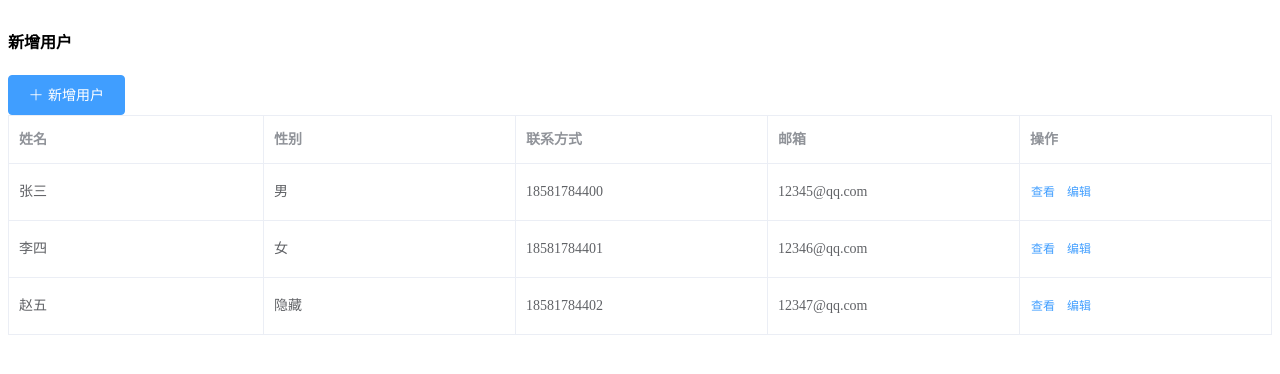
Repository: xinwuhao/New-user
Page: /
The author's editor kept a copy of each file at every save. The page is drawn from the files as they stood at one save, then again after a run of saves.
The browser window is 1280 px wide. The pictures show the whole page.
The project was rebuilt for these pictures with package versions that can differ from the ones it lists, and the page was loaded fresh each time.

Above is the page before, as saved 2021-12-21 15:52:52.

After the next 2 saves:
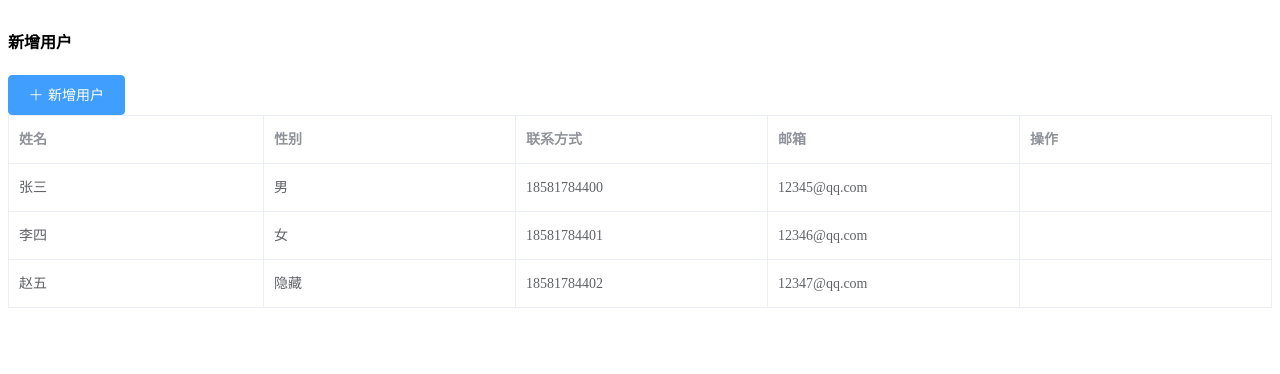
The 2 saves are shown as one change because they came seconds apart.
The last was saved 5 s later.
--- a/src/views/Home.vue
+++ b/src/views/Home.vue
@@ -47,23 +47,25 @@
       <!-- 用户列表 -->
       <div>
         <el-table :data="list" border style="width: 100%">
-          <el-table-column prop="name" label="姓名">
-          </el-table-column>
-          <el-table-column prop="sex" label="性别" >
-          </el-table-column>
-          <el-table-column prop="contact" label="联系方式">
-          </el-table-column>
-          <el-table-column prop="mailbox" label="邮箱">
-          </el-table-column>
+          <el-table-column prop="name" label="姓名"> </el-table-column>
+          <el-table-column prop="sex" label="性别"> </el-table-column>
+          <el-table-column prop="contact" label="联系方式"> </el-table-column>
+          <el-table-column prop="mailbox" label="邮箱"> </el-table-column>
           <el-table-column fixed="right" label="操作">
             <template slot-scope="scope">
-              <el-button
-                @click="handleClick(scope.row)"
-                type="text"
-                size="small"
-                >查看</el-button
-              >
-              <el-button type="text" size="small">编辑</el-button>
+              <template slot-scope="scope">
+                <el-button
+                  size="mini"
+                  @click="handleEdit(scope.$index, scope.row)"
+                  >编辑</el-button
+                >
+                <el-button
+                  size="mini"
+                  type="danger"
+                  @click="handleDelete(scope.$index, scope.row)"
+                  >删除</el-button
+                >
+              </template>
             </template>
           </el-table-column>
         </el-table>

After the save that followed:
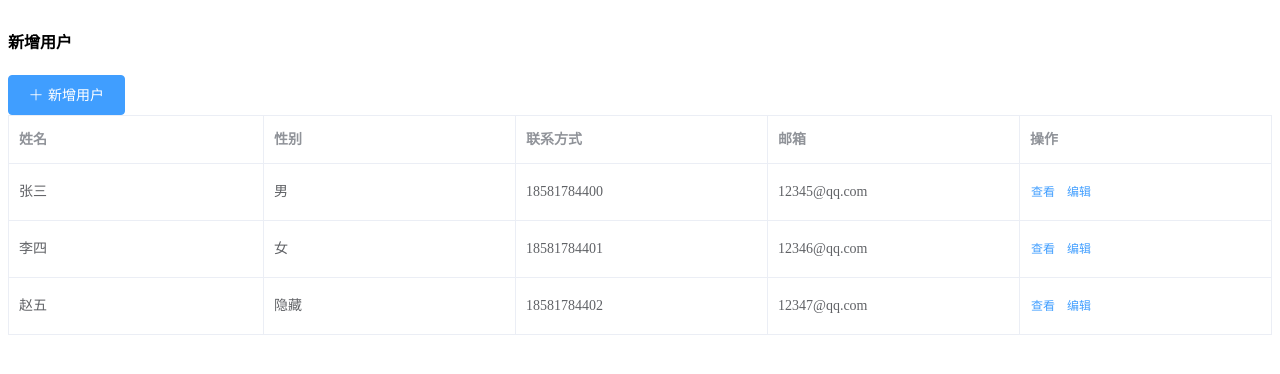
Saved 8 s later.
--- a/src/views/Home.vue
+++ b/src/views/Home.vue
@@ -47,25 +47,23 @@
       <!-- 用户列表 -->
       <div>
         <el-table :data="list" border style="width: 100%">
-          <el-table-column prop="name" label="姓名"> </el-table-column>
-          <el-table-column prop="sex" label="性别"> </el-table-column>
-          <el-table-column prop="contact" label="联系方式"> </el-table-column>
-          <el-table-column prop="mailbox" label="邮箱"> </el-table-column>
+          <el-table-column prop="name" label="姓名">
+          </el-table-column>
+          <el-table-column prop="sex" label="性别" >
+          </el-table-column>
+          <el-table-column prop="contact" label="联系方式">
+          </el-table-column>
+          <el-table-column prop="mailbox" label="邮箱">
+          </el-table-column>
           <el-table-column fixed="right" label="操作">
             <template slot-scope="scope">
-              <template slot-scope="scope">
-                <el-button
-                  size="mini"
-                  @click="handleEdit(scope.$index, scope.row)"
-                  >编辑</el-button
-                >
-                <el-button
-                  size="mini"
-                  type="danger"
-                  @click="handleDelete(scope.$index, scope.row)"
-                  >删除</el-button
-                >
-              </template>
+              <el-button
+                @click="handleClick(scope.row)"
+                type="text"
+                size="small"
+                >查看</el-button
+              >
+              <el-button type="text" size="small">编辑</el-button>
             </template>
           </el-table-column>
         </el-table>
